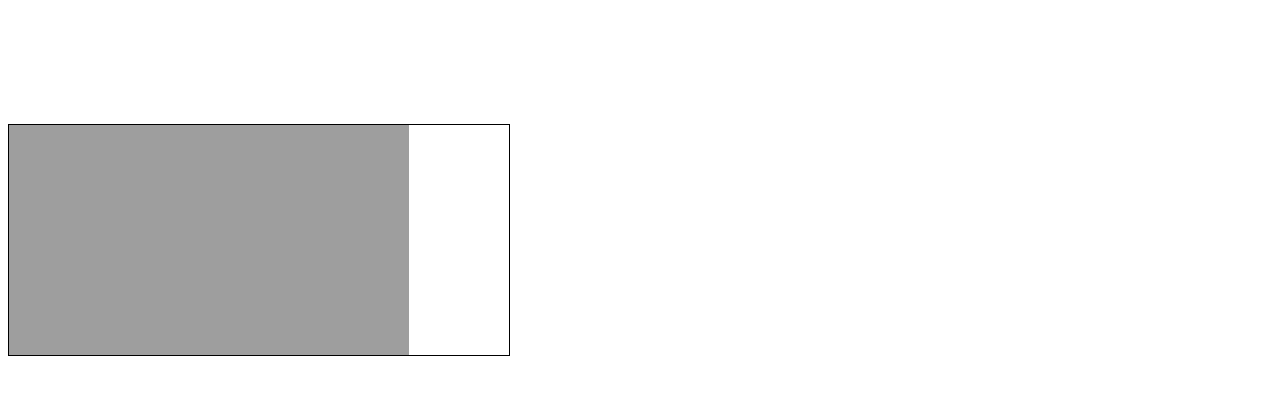
Repository: Tranduchieu2002/FlappyBird
Page: Flappy.html
The author's editor kept a copy of each file at every save. The page is drawn from the files as they stood at one save, then again after the next save.
The browser window is 1280 px wide. The pictures show the whole page.

Above is the page before, as saved 2021-09-14 14:15:18.

### Flappy.html
<!DOCTYPE html>
<html lang="en">
<head>
   <meta charset="UTF-8">
   <meta http-equiv="X-UA-Compatible" content="IE=edge">
   <meta name="viewport" content="width=device-width, initial-scale=1.0">
   <title>Document</title>
   <style>
      canvas  {
         border: 1px solid;
         transform: translateY(50%)
      }
   </style>
</head>
<body>
   <canvas id="canvas" width="500px" height="230px">

   </canvas>
   <script src="index.js"></script>
</body>
</html>

### index.js
const cvs = document.querySelector("canvas");
const ctx = cvs.getContext("2d");
var bird = new Image();
var bg = new Image();
bird.src =
  "https://e7.pngegg.com/pngimages/328/754/png-clipart-flappy-bird-blue-minecraft-bird-flappy-bird-bird.png";
bg.src =
  "https://user-images.githubusercontent.com/18351809/46888871-624a3900-ce7f-11e8-808e-99fd90c8a3f4.png";
(function draw() {
  const fh = 50
  ctx.drawImage(bg,0,0)
  ctx.drawImage(bird,0,0,50,50)
  requestAnimationFrame(draw)
})();

After the next save:
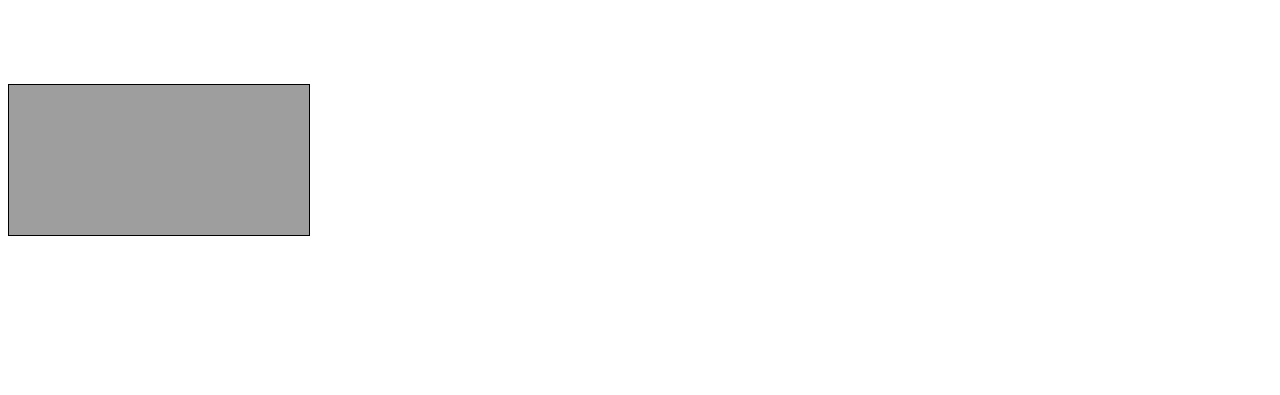
Saved 37 s later.
--- a/Flappy.html
+++ b/Flappy.html
@@ -13,7 +13,7 @@
    </style>
 </head>
 <body>
-   <canvas id="canvas" width="500px" height="230px">
+   <canvas id="canvas" width="" height="">
 
    </canvas>
    <script src="index.js"></script>

After the 2 saves that followed:
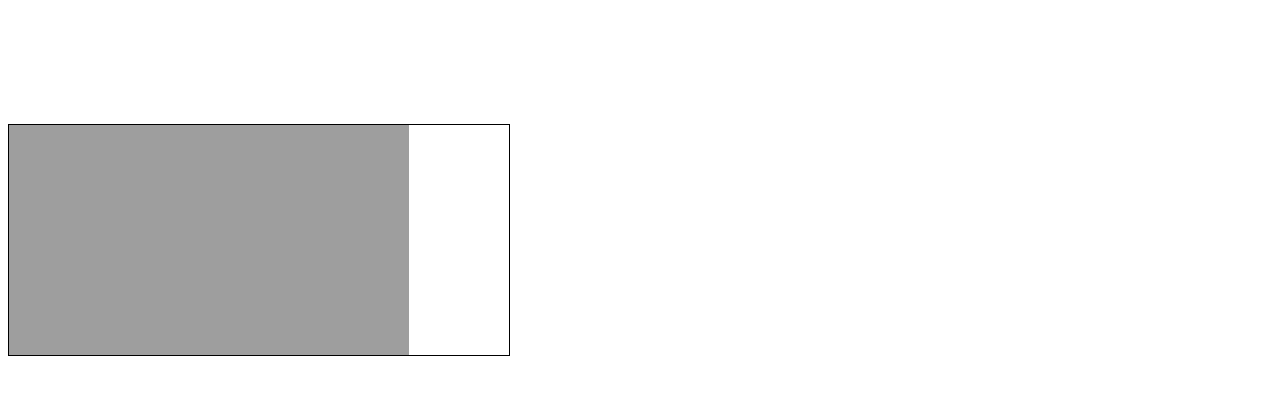
The 2 saves are shown as one change because 1 left the picture as it was.
The last was saved 102 s later.
--- a/Flappy.html
+++ b/Flappy.html
@@ -13,7 +13,7 @@
    </style>
 </head>
 <body>
-   <canvas id="canvas" width="" height="">
+   <canvas id="canvas" width="500px" height="230px">
 
    </canvas>
    <script src="index.js"></script>
